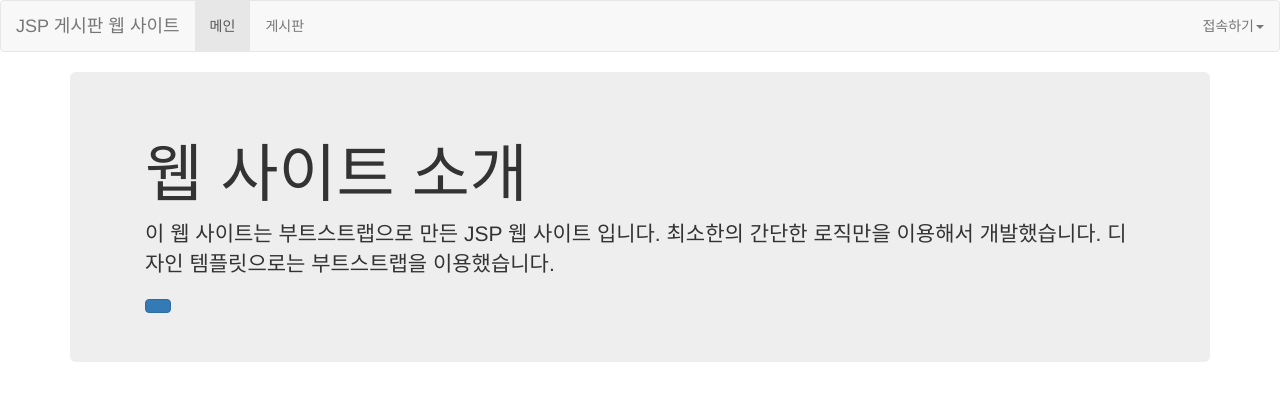
Repository: ksh125/JSP-Notice_Board
Page: http://localhost/BBS/main.jsp
An editor plug-in stored every save of this project. The page is shown before and after the next save, followed by the edit.
The browser window is 1280 px wide. The pictures show the whole page.
Some web libraries are served in a nearby version. The page is served by Tomcat 9.

Above is the page before, as saved 2022-10-29 16:51:33.

After the next save:
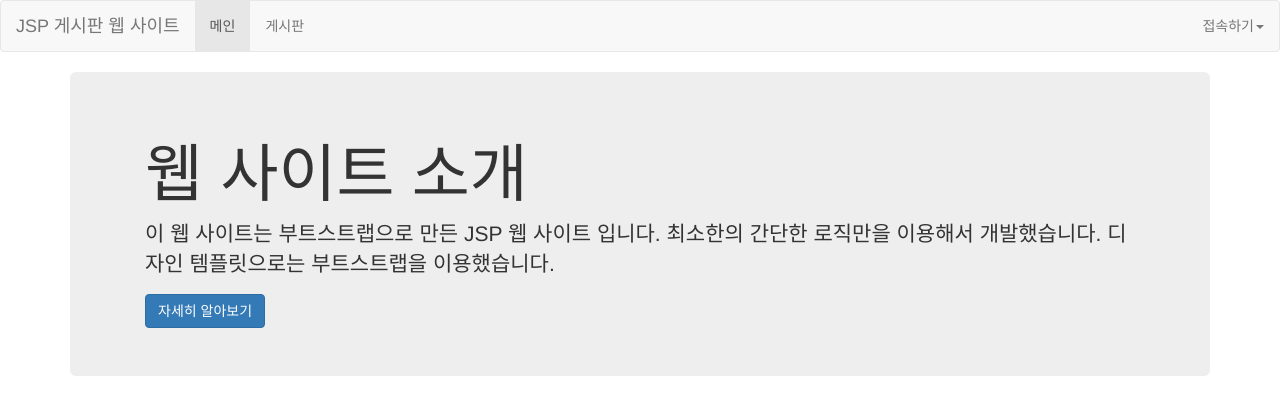
Saved 6 s later.
--- a/BBS/src/main/webapp/main.jsp
+++ b/BBS/src/main/webapp/main.jsp
@@ -71,7 +71,7 @@
     		<div class = container>
     			<h1>웹 사이트 소개</h1>
     			<p>이 웹 사이트는 부트스트랩으로 만든 JSP 웹 사이트 입니다. 최소한의 간단한 로직만을 이용해서 개발했습니다. 디자인 템플릿으로는 부트스트랩을 이용했습니다.</p>
-    			<a class = "btn btn-primary btn-pull"href = "#" role = "button"></a>
+    			<a class = "btn btn-primary btn-pull"href = "#" role = "button">자세히 알아보기</a>
     		</div>
     	</div>
     </div>
